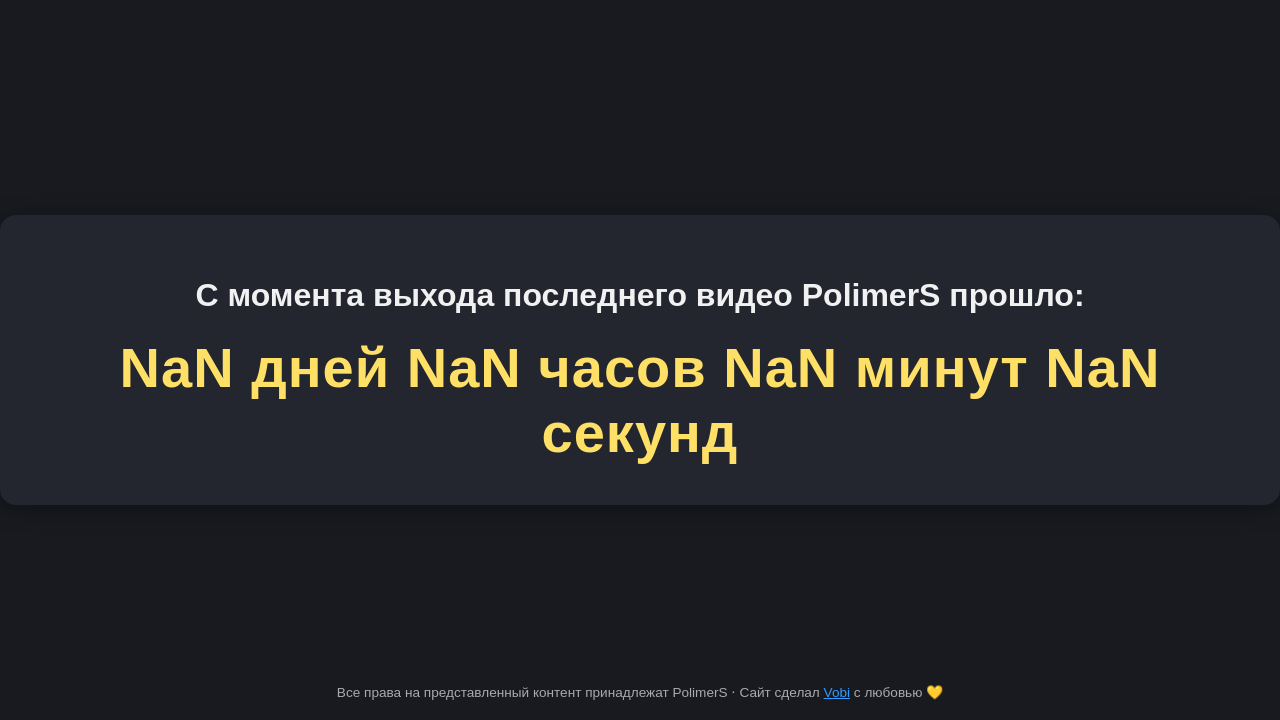
Repository: oncube-dev/OnCube-dev_website
Page: timer_from_Poli_video/app/templates/index.html
These files come from the project's save history. The page is drawn as it stood at one moment and after the next save; the edit follows.
The browser window is 1280 px wide. The pictures show the whole page.

Above is the page before, as saved 2025-07-18 01:27:29.

### timer_from_Poli_video/app/templates/index.html
<!DOCTYPE html>
<html lang="ru">
<head>
    <meta charset="UTF-8">
    <title>Платон, когда видео?</title>
    <link rel="stylesheet" href="/static/style.css">
</head>
<body>
    <div class="timer-container">
        <h1>С момента выхода последнего видео PolimerS прошло:</h1>
        <div id="timer">Загрузка...</div>
    </div>
    <footer class="footer-note">
        Все права на представленный контент принадлежат PolimerS ⋅ Сайт сделал <a href="https://vobi.bio.link/" target="_blank" style="text-decoration:underline;">Vobi</a> с любовью 💛
    </footer>
    <script>
        // Получаем стартовую дату из шаблона
        const startDate = new Date("{{ start_date }}");
        function updateTimer() {
            const now = new Date();
            let diff = now - startDate;
            if (diff < 0) diff = 0;
            let seconds = Math.floor(diff / 1000);
            const days = Math.floor(seconds / (24 * 3600));
            seconds %= 24 * 3600;
            const hours = Math.floor(seconds / 3600);
            seconds %= 3600;
            const minutes = Math.floor(seconds / 60);
            seconds %= 60;
            document.getElementById('timer').textContent = `${days} дней ${hours} часов ${minutes} минут ${seconds} секунд`;
        }
        setInterval(updateTimer, 1000);
        updateTimer();
    </script>
</body>
</html>

### timer_from_Poli_video/app/static/style.css
body {
    background: #181a20;
    color: #f1f1f1;
    font-family: Arial, sans-serif;
    margin: 0;
    padding: 0;
    height: 100vh;
    display: flex;
    align-items: center;
    justify-content: center;
}

.timer-container {
    background: #23262f;
    padding: 40px 60px;
    border-radius: 16px;
    box-shadow: 0 4px 24px rgba(0,0,0,0.32);
    text-align: center;
    color: #f1f1f1;
}

.timer-container h1 {
    font-size: 2rem;
    font-weight: bold;
    color: #f1f1f1;
}

#timer {
    font-size: 3.5rem;
    font-weight: bold;
    margin-top: 8px;
    color: #ffe066;
    letter-spacing: 1px;
}

.footer-note {
    font-size: 0.85rem;
    color: #aaa;
    text-align: center;
    position: fixed;
    left: 0;
    width: 100vw;
    bottom: 20px;
    margin: 0;
    z-index: 100;
    box-sizing: border-box;
}

.footer-note a {
    color: #339cff;
    text-decoration: underline;
}

After the next save:
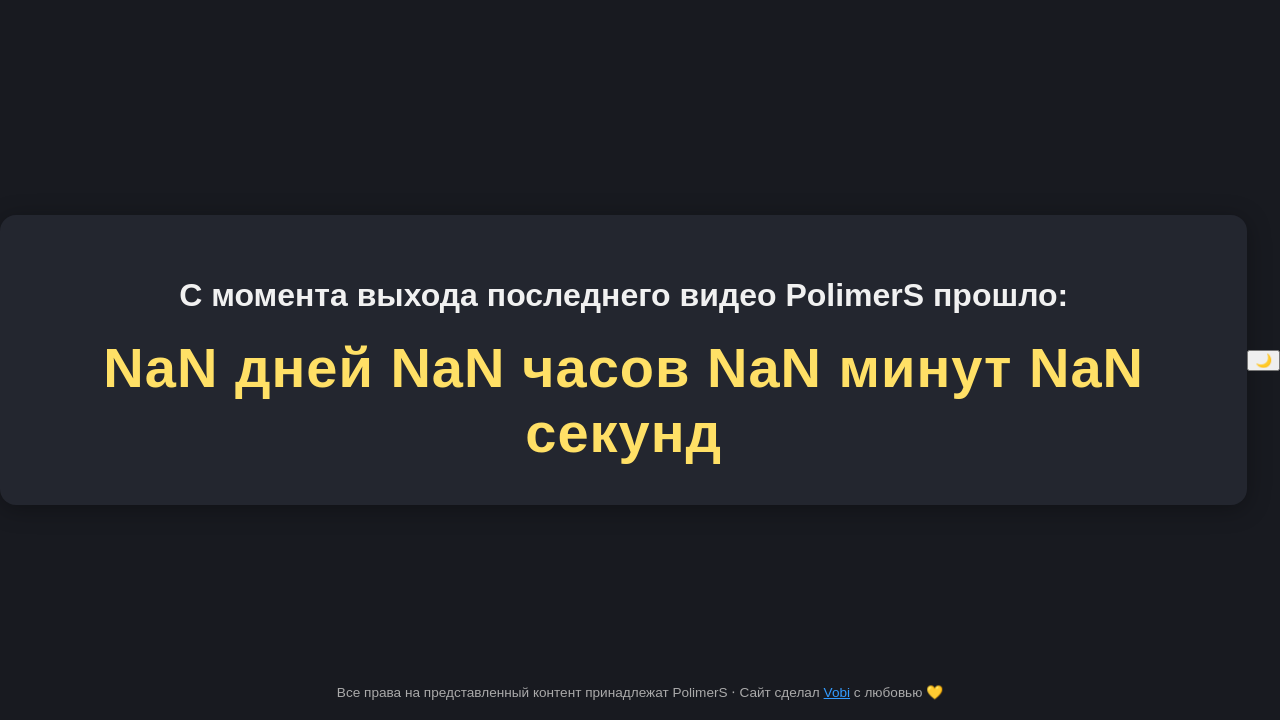
Saved 41 s later.
--- a/timer_from_Poli_video/app/templates/index.html
+++ b/timer_from_Poli_video/app/templates/index.html
@@ -10,6 +10,7 @@
         <h1>С момента выхода последнего видео PolimerS прошло:</h1>
         <div id="timer">Загрузка...</div>
     </div>
+    <button id="theme-toggle" class="theme-toggle-btn" title="Переключить тему">🌙</button>
     <footer class="footer-note">
         Все права на представленный контент принадлежат PolimerS ⋅ Сайт сделал <a href="https://vobi.bio.link/" target="_blank" style="text-decoration:underline;">Vobi</a> с любовью 💛
     </footer>
@@ -31,6 +32,27 @@
         }
         setInterval(updateTimer, 1000);
         updateTimer();
+
+        // --- Theme toggle ---
+        const toggleBtn = document.getElementById('theme-toggle');
+        const darkClass = 'dark-theme';
+        function setTheme(isDark) {
+            if (isDark) {
+                document.body.classList.add(darkClass);
+                toggleBtn.textContent = '☀️';
+            } else {
+                document.body.classList.remove(darkClass);
+                toggleBtn.textContent = '🌙';
+            }
+        }
+        // Сохраняем выбор темы
+        let isDark = localStorage.getItem('theme') === 'dark';
+        setTheme(isDark);
+        toggleBtn.onclick = () => {
+            isDark = !isDark;
+            setTheme(isDark);
+            localStorage.setItem('theme', isDark ? 'dark' : 'light');
+        };
     </script>
 </body>
 </html>
